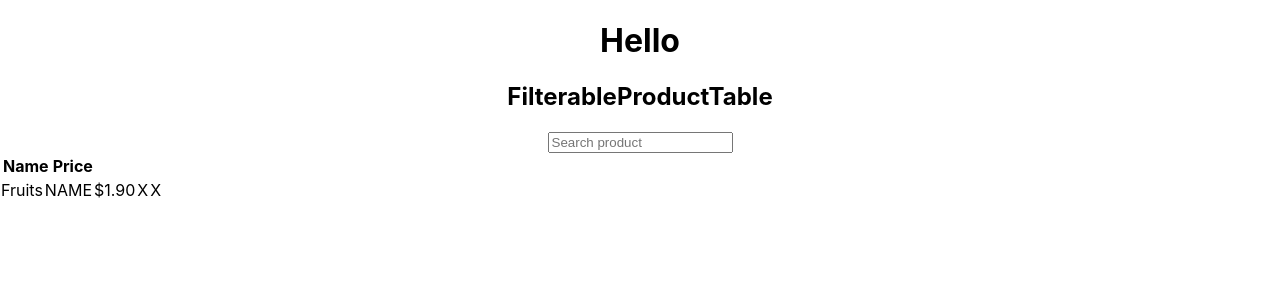
Repository: rezapurnamaa/product-category
Page: /
The author's editor kept a copy of each file at every save. The page is drawn from the files as they stood at one save, then again after the next save.
The browser window is 1280 px wide. The pictures show the whole page.
The project was rebuilt for these pictures with package versions that can differ from the ones it lists, and the page was loaded fresh each time.

Above is the page before, as saved 2023-06-23 01:07:03.

After the next save:
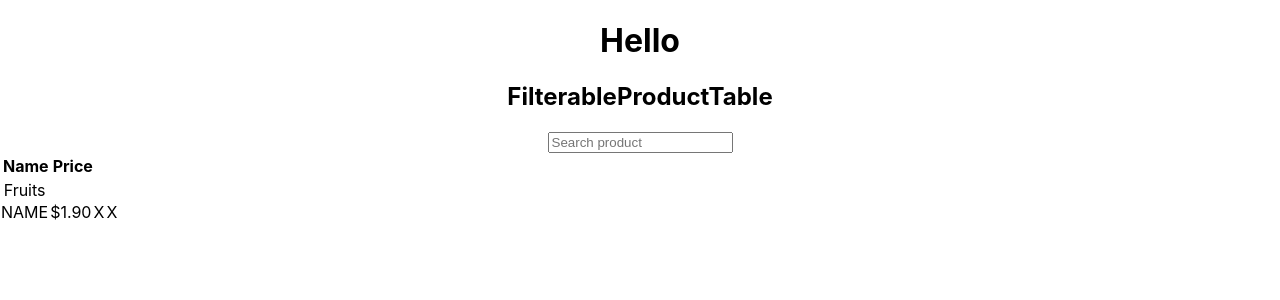
Saved 26 s later.
--- a/src/App.js
+++ b/src/App.js
@@ -47,7 +47,9 @@ function ProductCategoryRow() {
   return (
     <>
       <td>Fruits</td>
-      <ProductRow />
+      <tr>
+        <ProductRow />
+      </tr>
     </>
   );
 }
